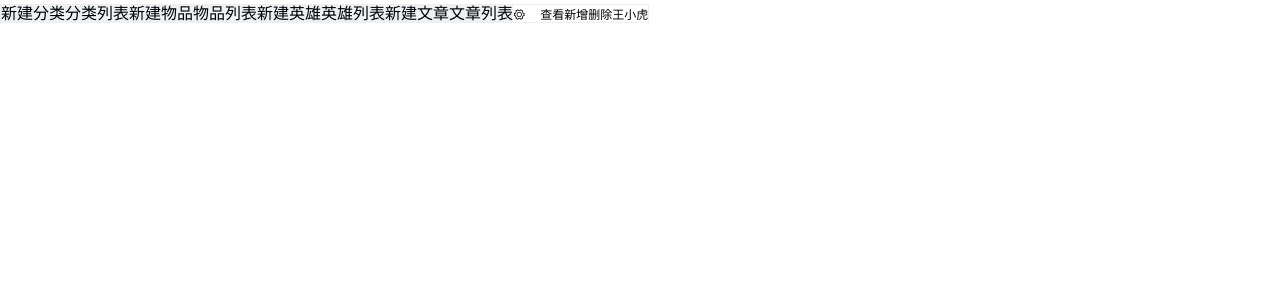
Repository: zqw980624/aaa
Page: / (app in admin/)
An editor plug-in stored every save of this project. The page is shown before and after the next save, followed by the edit.
The browser window is 1280 px wide. The pictures show the whole page.
The project was rebuilt for these pictures with package versions that can differ from the ones it lists, and the page was loaded fresh each time. Also part of the build but not shown: admin/src/views/CategoryEditor.vue, admin/src/views/CategoryList.vue, admin/src/views/ItemEditor.vue, admin/src/views/ItemList.vue, admin/src/views/HeroEditor.vue, admin/src/views/HeroList.vue, admin/src/views/ArticleEditor.vue, admin/src/views/ArticleList.vue. Imported but missing from the stored project, and not drawn on this page: admin/src/plugins/element.js.

Above is the page before, as saved 2020-03-09 21:00:39.

After the next save:
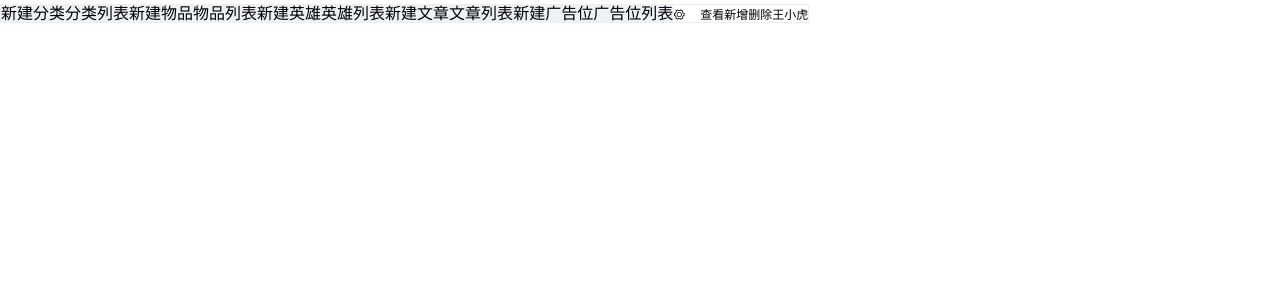
Saved 83 s later.
--- a/admin/src/views/Main.vue
+++ b/admin/src/views/Main.vue
@@ -18,20 +18,24 @@
             <el-menu-item index="/item/list">物品列表</el-menu-item>
           </el-menu-item-group>
 
-           <el-menu-item-group>
+          <el-menu-item-group>
             <template slot="title">英雄</template>
             <el-menu-item index="/hero/create">新建英雄</el-menu-item>
             <el-menu-item index="/hero/list">英雄列表</el-menu-item>
           </el-menu-item-group>
 
-           <el-menu-item-group>
+          <el-menu-item-group>
             <template slot="title">文章</template>
             <el-menu-item index="/article/create">新建文章</el-menu-item>
             <el-menu-item index="/article/list">文章列表</el-menu-item>
           </el-menu-item-group>
 
+           <el-menu-item-group>
+            <template slot="title">广告位</template>
+            <el-menu-item index="/ad/create">新建广告位</el-menu-item>
+            <el-menu-item index="/ad/list">广告位列表</el-menu-item>
+          </el-menu-item-group>
         </el-submenu>
-
       </el-menu>
     </el-aside>
 
@@ -49,7 +53,7 @@
       </el-header>
 
       <el-main>
-       <router-view></router-view>
+        <router-view></router-view>
       </el-main>
     </el-container>
   </el-container>
